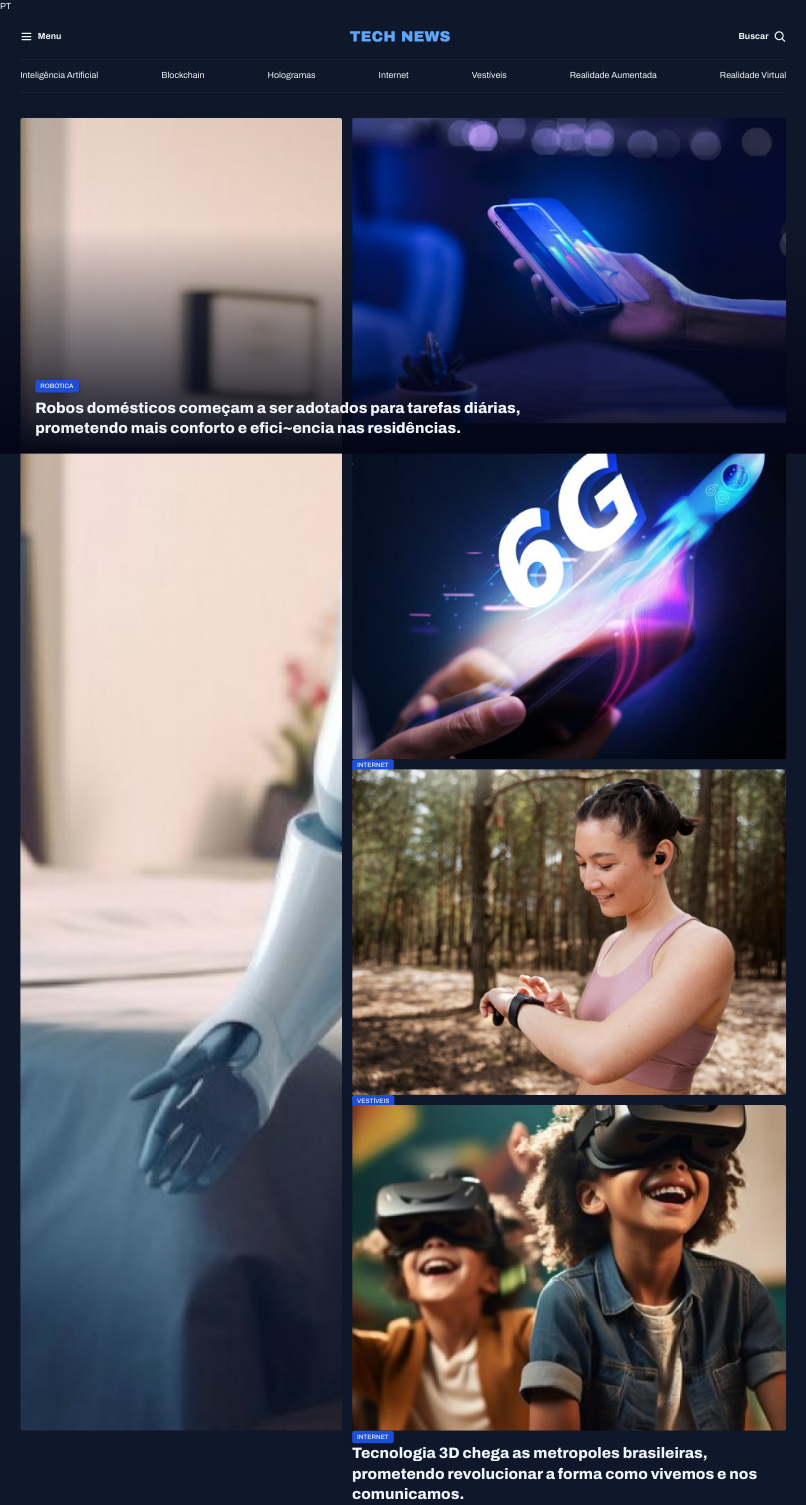
Repository: JeffRodFer/portalDeNoticias
Page: index.html
An editor plug-in stored every save of this project. The page is shown before and after the next save, followed by the edit.
The browser window is 1280 px wide. The pictures show the whole page, at 63% of full size.

Above is the page before, as saved 2025-04-15 22:00:40.

### index.html
PT<!DOCTYPE html>
<html lang="pt-BR">
  <head>
    <link rel="preconnect" href="https://fonts.googleapis.com">
  <link rel="preconnect" href="https://fonts.gstatic.com" crossorigin>
  <meta charset="UTF-8">
  <meta name="viewport" content="width=device-width, initial-scale=1.0">
  <title>Portal de Notícias</title>
  <link rel="stylesheet" href="styles/index.css">

  <link href="https://fonts.googleapis.com/css2?family=Archivo:ital,wght@0,100..900;1,100..900&family=Bree+Serif&family=Poppins:wght@400;700&display=swap" rel="stylesheet">

</head>
<body>
  <header class="container">
    <nav id="primary" class="grid grid-flow-col">
      <div>
        <img src="assets/icons/List.svg" alt="ícone de menu">
        <strong>Menu</strong>
      </div>
        <div>
          <img src="assets/Logo (1).svg" alt="TechNews logo">
        </div>
        <div>
          <strong>Buscar</strong>
          <img src="assets/icons/MagnifyingGlass.svg" alt="ícone de lupa para pesquisa">
        </div>
    </nav>
    <nav id="secondary" class="grid grid-flow-col">
      <a href="#">Inteligência Artificial</a>
      <a href="#">Blockchain</a>
      <a href="#">Hologramas</a>
      <a href="#">Internet</a>
      <a href="#">Vestíveis</a>
      <a href="#">Realidade Aumentada</a>
      <a href="#">Realidade Virtual</a>
    </nav>
  </header>
  <main class="grid container">
    <section id="featured" class="grid grid-flow-col gap-16">
      <figure class="card">
        <img src="assets/images/Image 01.png" alt="">

        <figcaption>
          <span class="content-tag">robótica</span>
          <h2 class="text-2xl">
            Robos domésticos começam a ser adotados para tarefas diárias, <br> prometendo mais conforto e efici~encia nas residências.
          </h2>
        </figcaption>
      </figure>
      <div class="grid grid cols-2 gap-16">
        <figure>
          <img src="assets/images/Image 02.png" alt="Novo Smartphone Projetor 3D chega ao mercado, transformando a forma como vemos as nossas telas!">

          <figcaption>
            <span class="content-tag">Hologramas</span>
            <h2 class="text-2xl">
              Novo Smartphone Projetor 3D chega ao mercado, transformando a forma como vemos as nossas telas!
            </h2>
          </figcaption>
        </figure>
        <figure>
          <img src="assets/images/Image 03.png" alt="">

          <figcaption>
            <span class="content-tag">Internet</span>
            <h2 class="text-2xl">
            Tecnologia 3D chega as metropoles brasileiras, prometendo revolucionar a forma como vivemos e nos comunicamos.
            </h2>
          </figcaption>
      </figure>
        <figure>
          <img src="assets/images/Image 04.png" alt="">

          <figcaption>
            <span class="content-tag">Vestíveis</span>
            <h2 class="text-2xl">
            Empresa lança relógio inteligente capaz de monitorar a saúde mental, oferecendo insights valiosos para os médicos.
            </h2>
          </figcaption>
        </figure>
        <figure>
          <img src="assets/images/Image 05.png" alt="">

          <figcaption>
            <span class="content-tag">Internet</span>
            <h2 class="text-2xl">
            Tecnologia 3D chega as metropoles brasileiras, prometendo revolucionar a forma como vivemos e nos comunicamos.
            </h2>
          </figcaption>
        </figure>
      </div>
    </section>
  </main>
</body>
</html>

### styles/global.css
* {
  margin: 0;
  padding: 0;
  box-sizing: border-box;
}

:root {
  --brand-color-light: #60a5fa ;
  --brand-color-dark: #1d4ed8;
  --bg-color: #0f172a;
  --stroke-color: #1e293b;
  --text-color-primary: #f1f5f9;
  --text-color-secondary: #cbd5e1;

  --font-family: 'Archivo', sans-serif;
  --h1: 800 24px/135% var(--font-family);
  --h2: 800 16px/140% var(--font-family);
  --h3: 800 14px/140% var(--font-family);
  --text-span: 400 16px/140% var(--font-family);
  --text: 400 14px/160% var(--font-family);

}

body {
  font: var(--text);
  color: var(--text-color-primary);
  background-color: var(--bg-color);
}

a {
  text-decoration: none;
  color: inherit;
}

a:hover {
  color: var(--brand-color-light);
}

h1,h2,h3 {
  font:inherit;
}

img {
  max-width: 100%;
}

.container {
  max-width: 1280px;
  padding-inline: 32px;
  margin-inline: auto;
}
main {
  margin-top: 40px ;
}
.content-tag {
  display: inline-block;
  background-color: var(--brand-color-dark);
  padding: 4px 8px;
  border-radius: 4px;
  font: 500 10px/1.2 var(--font-family);
  text-transform: uppercase;
  color: var(--text-color-primary);
  box-shadow: 0px 4px 16px rgba(2, 3, 23, 0.251);
}

### styles/utility.css
/* utility-first */
.grid {
  display: grid;
}
.grid-flow-col {
  grid-auto-flow: column;
}

.grid-cols-2 {
  grid-template-columns: 1fr 1fr;
}

.gap-16 {
  gap: 16px;
}

.text-2xl {
  font: var(--h1);
}
.text-2x {
  font: var(--h2);
}
.text-lg {
  font: var(--h3);
}
.text-sm {
  font: var(--text-sm);
}

### styles/header.css
#primary {
  padding-block: 20px;

  div {
    display: flex;
    align-items: center;
    gap: 8px;
  }

  /* nesting css */
  div:nth-child(2) {
    margin-inline: auto;
}
div:nth-child(3) {
  justify-self: end;
}
}
#secondary {
  padding-block: 14px;
  border: solid 1px var(--stroke-color);
  border-inline: none;
  justify-content: space-between;
}

### styles/sections.css
#featured {
  img {
    height: 100%;
    object-fit: cover;
    border-radius: 4px;
  }
.card {
  border-radius: 4px;
  overflow: hidden;
  object-fit: relative;

  &::before {
   content: "";
   position: absolute;
   inset: 0;
   top: 50%;
   background: linear-gradient(
    180deg,
    transparent 0%,
    #020617 100%
   );
  }
  figcaption {
    position: absolute;
    bottom: 0;

    padding: 24px;

    h2 {
      margin-top: 8px;
    }
  }
}
}

Loaded but not shown: styles/index.css (common file)

After the next save:
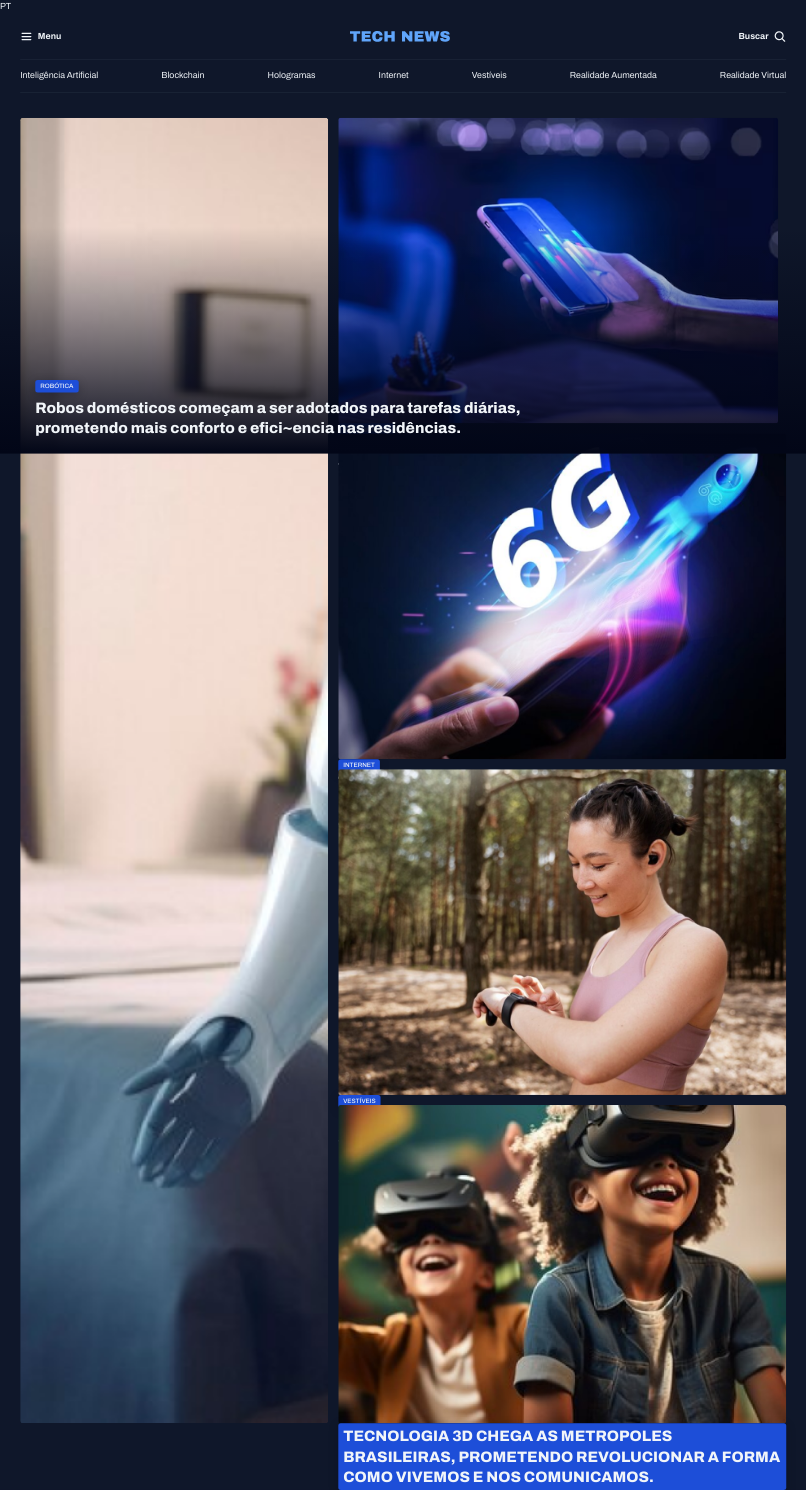
Saved 8 s later.
--- a/index.html
+++ b/index.html
@@ -83,7 +83,7 @@ PT<!DOCTYPE html>
           <img src="assets/images/Image 05.png" alt="">
 
           <figcaption>
-            <span class="content-tag">Internet</span>
+            <span class="content-tag">
             <h2 class="text-2xl">
             Tecnologia 3D chega as metropoles brasileiras, prometendo revolucionar a forma como vivemos e nos comunicamos.
             </h2>
